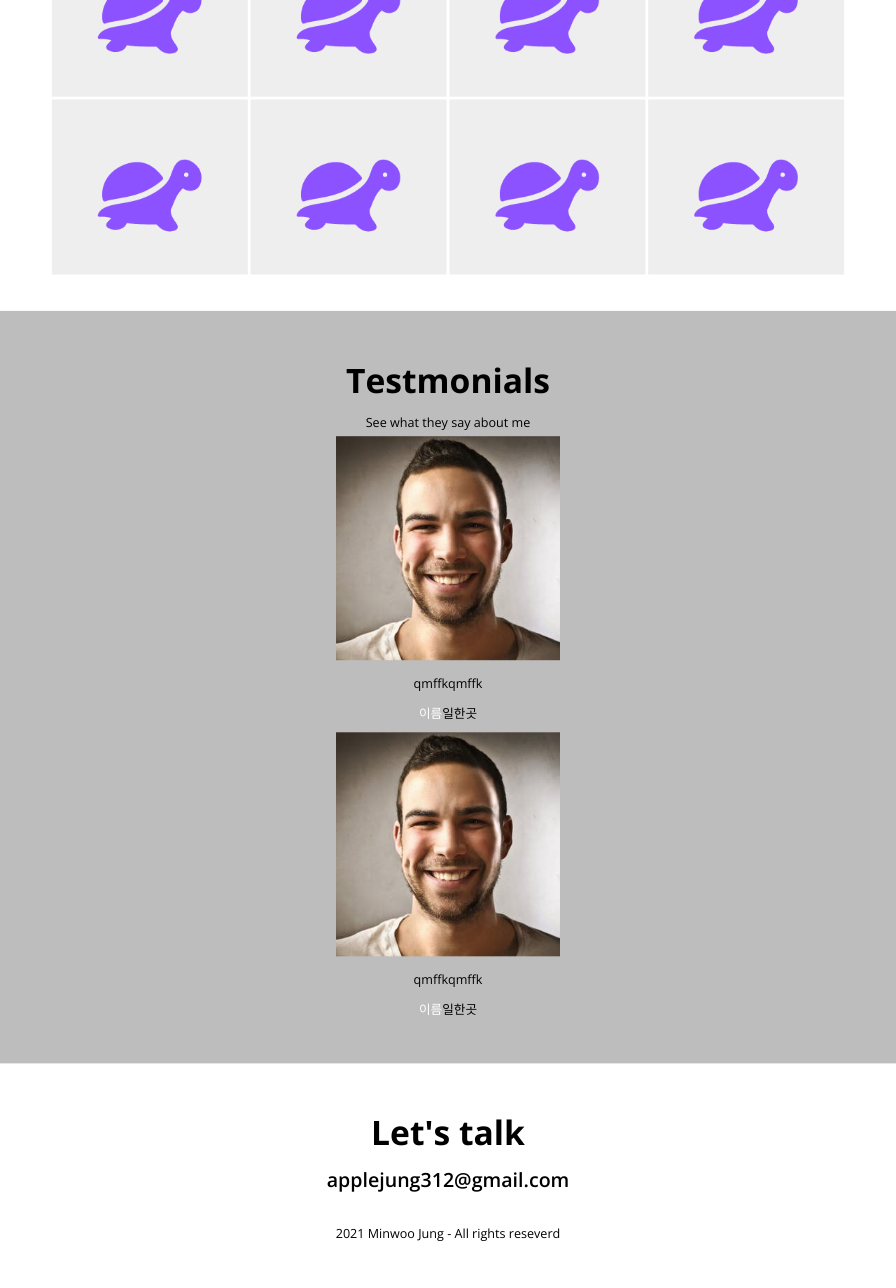
Repository: DevMinwoo-Jung/MinwooPortfolio
Page: index.html
The author's editor kept a copy of each file at every save. The page is drawn from the files as they stood at one save, then again after the next save.
The browser window is 1280 px wide. The pictures show the part of the page from y = 4473 to 6393 px (the page is 6313 px tall before and 6393 px after), at 70% of full size.

Above is the page before, as saved 2021-06-01 10:44:53.

### index.html
<!DOCTYPE html>
<html lang="en">
<head>
  <meta charset="UTF-8">
  <meta http-equiv="X-UA-Compatible" content="IE=edge">
  <meta name="viewport" content="width=device-width, initial-scale=1.0">
  <title>Minwoo's Portfolio</title>
  <meta name="description" content="(will be) world-renowned Front-End Web developer Minwoo">
  <meta name="author" content= "Minwoo Jung">
  <link rel="icon" type ="image/png" href="imgs/favicon.png">
  <link rel="stylesheet" href="https://use.fontawesome.com/releases/v5.15.3/css/all.css" integrity="sha384-SZXxX4whJ79/gErwcOYf+zWLeJdY/qpuqC4cAa9rOGUstPomtqpuNWT9wdPEn2fk" crossorigin="anonymous">
  <link rel="preconnect" href="https://fonts.gstatic.com">
<link href="https://fonts.googleapis.com/css2?family=Open+Sans:wght@400;600;700&display=swap" rel="stylesheet">
<link rel="stylesheet" href="style.css">
<script src="main.js" defer></script>
</head>
<body>
  <h1>Heading</h1>
  <h2>Heading</h2>
  <h3>Heading</h3>
  <p>Paragraph</p>
  <!-- Navbar -->
  <nav id="navbar">
    <div class="navbar__logo">
      <img src="imgs/favicon.png" alt="">
      <a href="#">Minwoo</a>
    </div>
      <ul class="nvabar__menu">
        <li class="navbar__menu__item--active">Home</li>
        <li class="navbar__menu__item">About</li>
        <li class="navbar__menu__item">Skills</li>
        <li class="navbar__menu__item">My work</li>
        <li class="navbar__menu__item">Testimonial</li>
        <li class="navbar__menu__item">Contact</li>
      </ul>
  </nav>
  <!-- Home -->
  <section id="home">
    <img src="imgs/myPhoto.jpg" alt="Minwoo's profile photo" class="home__avatar">
    <h1 class="home__title">반갑습니다. <br> 프론트엔드 개발자 정민우입니다.</h1>
    <h2 class="home__description">멈추지 않는 개발자로 살아가고싶습니다.</h2>
    <button class="home__contact">Contact Me</button>
  </section>
  <!-- About -->
  <section id="about" class="section__container">
    <h1>About me</h1>
    <p>나를 나타내는 문장 문장 장문 문에 있는 고추장</p>
    <div class="about__majors">
      <div class="major">
        <div class="major__icon">
          <i class="fab fa-js-square"></i>
        </div>
        <h2 class="major__title">Front-End</h2>
        <div class="major__description">
          HTML, CSS, JavaScript, TypeScript
        </div>
      </div>
      <div class="major">
        <div class="major__icon">
          <i class="fab fa-node"></i>
        </div>
        <div class="major__title">Back-End</div>
        <div class="major__description">
          HTML, CSS, JavaScript, TypeScript
        </div>
      </div>
      <div class="major">
        <div class="major__icon">
          <i class="fab fa-react"></i>
        </div>
        <div class="major__title">Framework</div>
        <div class="major__description">
          HTML, CSS, JavaScript, TypeScript
        </div>
      </div>
    </div>
    <div class="aoubt__jobs">
      <div class="job">
        <img src="imgs/school.png" alt="" class="job__logo">
      </div>
      <div class="job__description">
        <p class="job__period">쌍용교육센터 - 2019.09 ~ 2020.04</p>
      </div>
      <div class="job">
        <img src="imgs/school.png" alt="" class="job__logo">
      </div>
      <div class="job__description">
        <p class="job__period">호서대학교 - 2012.02 ~ 2017.02</p>
      </div>
    </div>



  </section>
  <!-- Skills -->
  <section id="skills" class="section">
    <div class="section__container">
      <h1>Skills</h1>
      <h2>Skills & Attributes</h2>
      <p>
        나를 잘 포장할 말을 쓰면 된다
      </p>
      <div class="skillset">
        <div class="skillset__left">
          <h3 class="skillset__title">Skills</h3>
          <div class="skill">
            <div class="skill__description">
              <span>HTML</span>
              <span>90%</span>
            </div>
            <div class="skill__bar">
              <div class="skill__value" style="width: 99%;"></div>
            </div>
          </div>
          <div class="skill">
            <div class="skill__description">
              <span>JavaScript</span>
              <span>90%</span>
            </div>
            <div class="skill__bar">
              <div class="skill__value"  style="width: 99%;"></div>
            </div>
          </div>
          <div class="skill">
            <div class="skill__description">
              <span>CSS</span>
              <span>90%</span>
            </div>
            <div class="skill__bar">
              <div class="skill__value"  style="width: 90%;"></div>
            </div>
          </div>
          <div class="skill">
            <div class="skill__description">
              <span>TypeScript</span>
              <span>90%</span>
            </div>
            <div class="skill__bar">
              <div class="skill__value"  style="width: 85%;"></div>
            </div>
          </div>
          <div class="skill">
            <div class="skill__description">
              <span>NodeJs</span>
              <span>90%</span>
            </div>
            <div class="skill__bar">
              <div class="skill__value"  style="width: 80%;"></div>
            </div>
          </div>
        </div>
        <div class="skillset__right">
          <div class="tools">
            <h3 class="skillset__title">Tools</h3>
            <ul class="tools__list">
              <li><span>Visual Studio Code</span></li>
              <li><span>1</span></li>
              <li><span>2</span></li>
              <li><span>3</span></li>
              <li><span>4</span></li>
            </ul>
          </div>
          <div class="etc">
            <h3 class="skillset__title">Etc</h3>
            <ul class="etc__list">
              <li><span>Git</span></li>
              <li><span>Etc</span></li>
            </ul>
          </div>
        </div>
      </div>
    </div>
  </section>
  <!-- Work -->
  <section id="work" class="section">
    <h1>My work</h1>
    <h3>Projects</h3>
    <div class="work__categories">
      <button class="category__btn active">All <span class="category__count">8</span></button>
      <button class="category__btn">Front-End <span class="category__count">3</span></button>
      <button class="category__btn">React <span class="category__count">2</span></button>
      <button class="category__btn">vanilaJs <span class="category__count">2</span></button>
      <button class="category__btn">nodeJs <span class="category__count">1</span></button>
    </div>
    <div class="work__projects">
      <a href="mygithub" class="project" target="blank" data-type="back-end">
      <img class="project__img" src="imgs/favicon.png" alt="project1">
      <!-- 이미지 추후에 넣자 -->
      <div class="project__description">
        <h3>Proejct</h3>
        <span>Clone coding with HTML and CSS</span>
      </div>
      </a>
      <a href="mygithub" class="project" target="blank" data-type="back-end">
        <img class="project__img" src="imgs/favicon.png" alt="project1">
        <!-- 이미지 추후에 넣자 -->
        <div class="project__description">
          <h3>Proejct</h3>
          <span>Clone coding with HTML and CSS</span>
        </div>
        </a>
        <a href="mygithub" class="project" target="blank" data-type="back-end">
          <img class="project__img" src="imgs/favicon.png" alt="project1">
          <!-- 이미지 추후에 넣자 -->
          <div class="project__description">
            <h3>Proejct</h3>
            <span>Clone coding with HTML and CSS</span>
          </div>
        </a>
        <a href="mygithub" class="project" target="blank" data-type="back-end">
          <img class="project__img" src="imgs/favicon.png" alt="project1">
          <!-- 이미지 추후에 넣자 -->
          <div class="project__description">
            <h3>Proejct</h3>
            <span>Clone coding with HTML and CSS</span>
          </div>
        </a>
        <a href="mygithub" class="project" target="blank" data-type="back-end">
          <img class="project__img" src="imgs/favicon.png" alt="project1">
          <!-- 이미지 추후에 넣자 -->
          <div class="project__description">
            <h3>Proejct</h3>
            <span>Clone coding with HTML and CSS</span>
          </div>
        </a>
        <a href="mygithub" class="project" target="blank" data-type="back-end">
          <img class="project__img" src="imgs/favicon.png" alt="project1">
          <!-- 이미지 추후에 넣자 -->
          <div class="project__description">
            <h3>Proejct</h3>
            <span>Clone coding with HTML and CSS</span>
          </div>
        </a>
        <a href="mygithub" class="project" target="blank" data-type="back-end">
          <img class="project__img" src="imgs/favicon.png" alt="project1">
          <!-- 이미지 추후에 넣자 -->
          <div class="project__description">
            <h3>Proejct</h3>
            <span>Clone coding with HTML and CSS</span>
          </div>
        </a>
        <a href="mygithub" class="project" target="blank" data-type="back-end">
          <img class="project__img" src="imgs/favicon.png" alt="project1">
          <!-- 이미지 추후에 넣자 -->
          <div class="project__description">
            <h3>Proejct</h3>
            <span>Clone coding with HTML and CSS</span>
          </div>
        </a>
    </div>
  </section>
  <!-- Testimonials -->
  <section id="testimonials" class="section">
    <h1>Testmonials</h1>
    <h3>See what they say about me</h3>
    <div class="testmonials">
      <div class="testimonial">
        <img src="imgs/testimonail/people.jpg" alt="" class="testimonial__avatar">
        <div class="testimonail__speech-bubble">
          <p>qmffkqmffk</p>
          <p class="name"><a href="">이름</a>일한곳</p>
        </div>
      </div>
      <div class="testimonial">
        <img src="imgs/testimonail/people.jpg" alt="" class="testimonial__avatar">
        <div class="testimonail__speech-bubble">
          <p>qmffkqmffk</p>
          <p class="name"><a href="">이름</a>일한곳</p>
        </div>
      </div>
    </div>
  </section>
  <!-- Contact -->
  <section id="contact" class="section">
    <h1 class="contact__title">Let's talk</h1>
    <h2 class="contact__email">applejung312@gmail.com</h2>
    <div class="contact__links">
      <a href="https://github.com/DevMinwoo-Jung" target="_blank">
        <i class="fab fa-github"></i>
      </a>
      <a href="https://dev-minwoo.tistory.com/" target="_blank">
        <i class="fas fa-blog"></i>
      </a>
    </div>
    <p class="contact__right">
      2021 Minwoo Jung - All rights reseverd
    </p>
  </section>
</body>
</html>

### style.css
/* Global */
:root {
  /* Color */
  --color-white: #ffffff;
  --color-light-white: #eeeeee;
  --color-dark-white: #bdbdbd;
  --color-pink: #fe918d;
  --color-dark-pink: #ff6863;
  --color-dark-grey: #4d4d4d;
  --color-grey: #616161;
  --color-light-grey: #7c7979;
  --color-blue: #73aace;
  --color-yellow: #fff7d1;
  --color-orange: #feb546;
  --color-black: #000000;
  --color-dard-purple: rgb(78, 23, 69);

  /* Font size */
  --font-large: 48px;
  --font-medium: 28px;
  --font-regular: 18px;
  --font-small: 16px;
  --font-micro: 14px;

  /* Font weight */
  --weight-bold: 700;
  --weight-semi-bold: 600;
  --weight-regular: 400;

  /* Size */
  --size-border-radius: 4px;

  /* Animation Duration */
  --animation-duration: 300ms;
}

/* Universal tags */
* {
  box-sizing: border-box;
}

/* Typography */
h1 {
  font-size: var(--font-large);
  font-weight: var(--weight-bold);
  color: var(--color-black);
  margin: 16px 0px;
}

h2 {
  font-size: var(--font-medium);
  font-weight: var(--weight-semi-bold);
  color: var(--color-black);
  margin: 8px 0;
}

h3 {
  font-size: var(--font-regular);
  font-weight: var(--weight-regular);
  color: var(--color-black);
  margin: 8px 0;
}

p {
  font-size: var(--font-regular);
  font-weight: var(--weight-regular);
  color: var(--color-black);
  margin: 16px 0;
}

body {
  margin: 0;
  font-family: "Open Sans", sans-serif;
  cursor: default;
}

a {
  text-decoration: none;
  color: var(--color-white);
}

ul {
  list-style: none;
  padding-left: 0;
}

li {
  list-style: none;
}

button {
  background-color: transparent;
  cursor: pointer;
  border: none;
  outline: none;
}

/* Navbar */
#navbar {
  display: flex;
  justify-content: space-between;
  background-color: purple;
  align-items: center;
  color: var(--color-white);
  padding: 16px;
}

.navbar__menu {
  display: flex;
}

.navbar__menu__item {
  padding: 8px 12px;
  margin: 0 4px;
  cursor: pointer;
  border-radius: var(--size-border-radius);
}

.navbar__logo {
  font-size: var(--font-medium);
  font-weight: var(--weight-semi-bold);
}

.navbar__menu__item--active {
  border: 1px solid var(--color-white);
}

.navbar__menu__item:hover {
  background-color: var(--color-dard-purple);
}

/* Home */
#home {
  background: url("imgs/background\ Img.png") center/cover no-repeat;
  padding: 40px;
  text-align: center;
}

.home__avatar {
  width: 250px;
  height: 250px;
  border-radius: 50%;
  border: 2px solid var(--color-white);
}

.home__title,
.home__description {
  color: var(--color-white);
}

.home__contact {
  color: var(--color-white);
  font-size: var(--font-regular);
  font-weight: var(--weight-bold);
  margin: 24px;
  padding: 8px 12px;
  border: 2px solid (var(--color-white));
  border-radius: var(--size-border-radius);
}

/* Section common */
.section {
  margin: auto;
  padding: 50px;
  text-align: center;
}

.section__container {
  max-width: 1200px;
  margin: auto;
}

/* About */
.aoubt__majors {
  display: flex;
  justify-content: space-between;
  margin: 80px 0;
}

.major__icon {
  width: 170px;
  height: 170px;
  font-size: 70px;
  line-height: 170px;
  margin: auto;
  border: 1px solid var(--color-white);
  border-radius: 50%;
  margin-bottom: 16px;
  color: var(--color-blue);
}

.major__icon:hover i {
  color: var(--color-pink);
  transform: rotate(-30deg) scale(1.1);
}

.major__icon i {
  transition: all var(--animation-duration) ease;
}

/*
.major__icon i:hover{
  이렇게하면 i에 올려났을때만 변하지만
  위처럼하면 icon에 올렸을때 i만 변한다
  color: var(--color-pink);
  transform: rotate(-30deg) scale(1.1);
} */

.major__title,
.major__description {
  color: var(--color-dark-grey);
}

.major__description {
  font-size: var(--font-small);
}

.job {
  display: flex;
  align-items: center;
}

.job__description {
  margin: 0 16px;
  text-align: left;
}

.job__name,
.job__period {
  color: var(--color-light-grey);
}

.job__name {
  font-size: var(--font-small);
}

.job__period {
  font-size: var(--font-micro);
}

/* Skill */
#skills {
  background-color: var(--color-yellow);
}

.skillset {
  display: flex;
  background-color: var(--color-light-grey);
  color: var(--color-light-white);
  margin: 20px 0;
}

.skillset__title {
  color: var(--color-white);
}

.skillset__left {
  flex-basis: 60%;
  background-color: var(--color-dark-grey);
  color: var(--color-white);
  padding: 20px 40px;
}

.skill__description {
  display: flex;
  justify-content: space-between;
}

.skillset__right {
  flex-basis: 40%;
}

.tools {
  background-color: var(--color-grey);
}

.skill__bar {
  width: 100%;
  height: 3px;
  background-color: var(--color-grey);
}

.skill {
  margin-bottom: 32px;
}

.skill__value {
  height: 3px;
  background-color: var(--color-orange);
}

.tolls,
.etc {
  padding: 20px;
}

/* Work */
.work__categories {
  margin: 40px;
}

.category__btn {
  border: 1px solid var(--color-dark-grey);
  border-radius: var(--size-border-radius);
  font-size: var(--font-regular);
  padding: 8px 48px;
}

.category__btn.active,
.category__btn:hover {
  background-color: var(--color-pink);
  color: var(--color-white);
}

.category__btn.active,
.category__count,
.category__btn:hover .category__count {
  opacity: 1;
  top: 0;
}
.category__count {
  background-color: var(--color-orange);
  border-radius: 50%;
  color: var(--color-white);
  width: 24px;
  height: 24px;
  display: inline-block;
  line-height: 24px;
  position: relative;
  top: -20px;
  left: 4px;
  opacity: 0;
  transition: all var(--animation-duration);
}

.work__projects {
  display: flex;
  flex-wrap: wrap;
  justify-content: center;
}

.project {
  width: 280px;
  display: flex;
  justify-content: center;
  align-items: center;
  height: 250px;
  margin: 2px;
  background-color: var(--color-light-white);
  position: relative;
}

.project__img {
  max-width: 100%;
  max-height: 100%;
}

.project__description {
  position: absolute;
  top: 0;
  left: 0;
  width: 100%;
  height: 100%;
  display: flex;
  flex-direction: column;
  justify-content: center;
  opacity: 0;
  transition: all var(--animation-duration) ease-in;
}

.project:hover .project__description {
  opacity: 0.8;
  transform: translateY(0px);
}

.project__description h3 {
  color: var(--color-white);
}

.project__description h3:after {
  content: "";
  width: 25px;
  height: 25px;
  display: block;
  position: relative;
  left: 50%;
  margin-left: -12px;
  background-color: var(--color-dark-white);
}

/* Testimonial */
#testimonials {
  background-color: var(--color-dark-white);
}

.testimonials {
  margin: 40px;
}

Loaded but not shown: main.js (no copy from this time; the picture is the same without it)

After the next save:
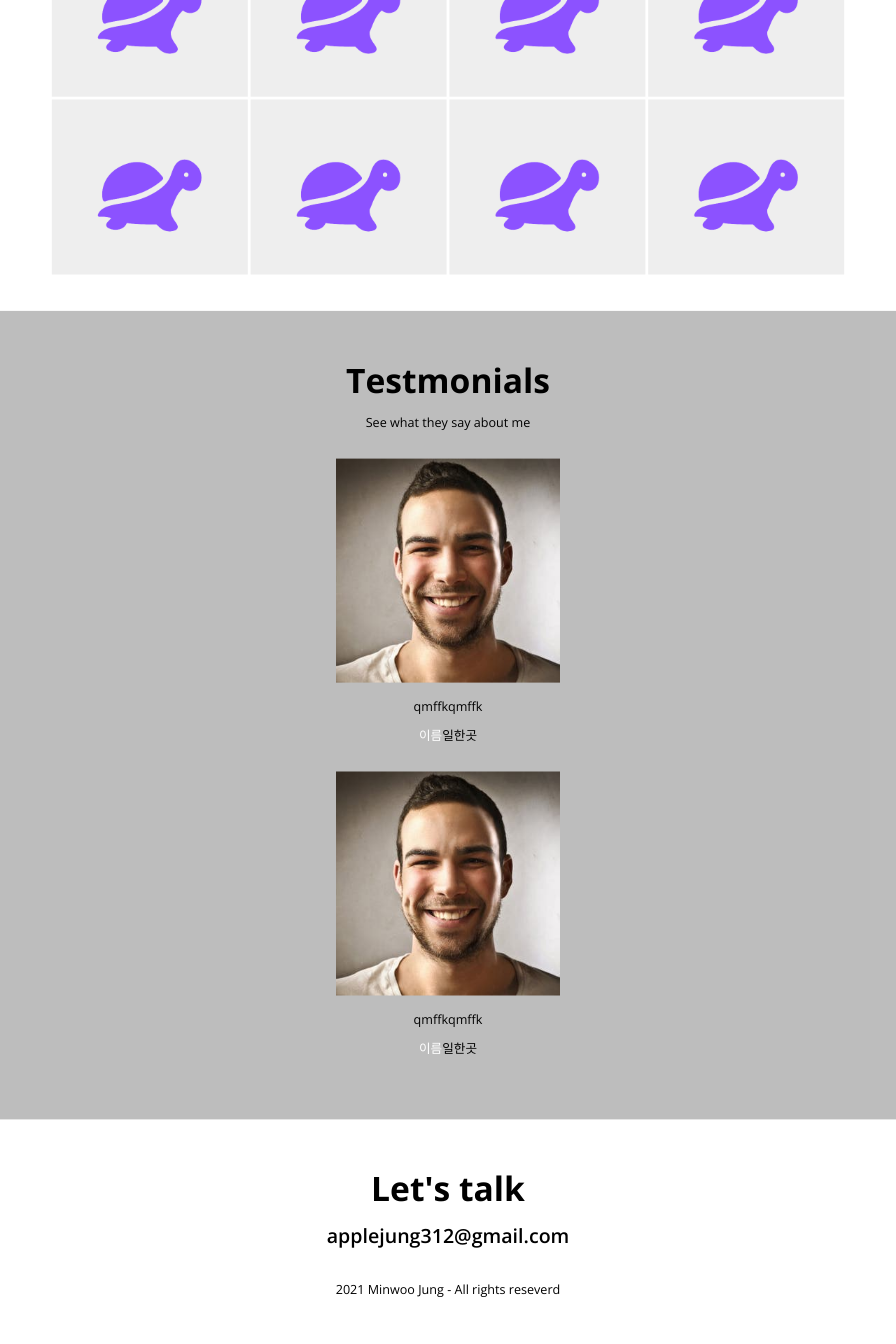
Saved 50 s later.
--- a/style.css
+++ b/style.css
@@ -393,6 +393,6 @@
   background-color: var(--color-dark-white);
 }
 
-.testimonials {
+.testimonial {
   margin: 40px;
 }

After the save that followed:
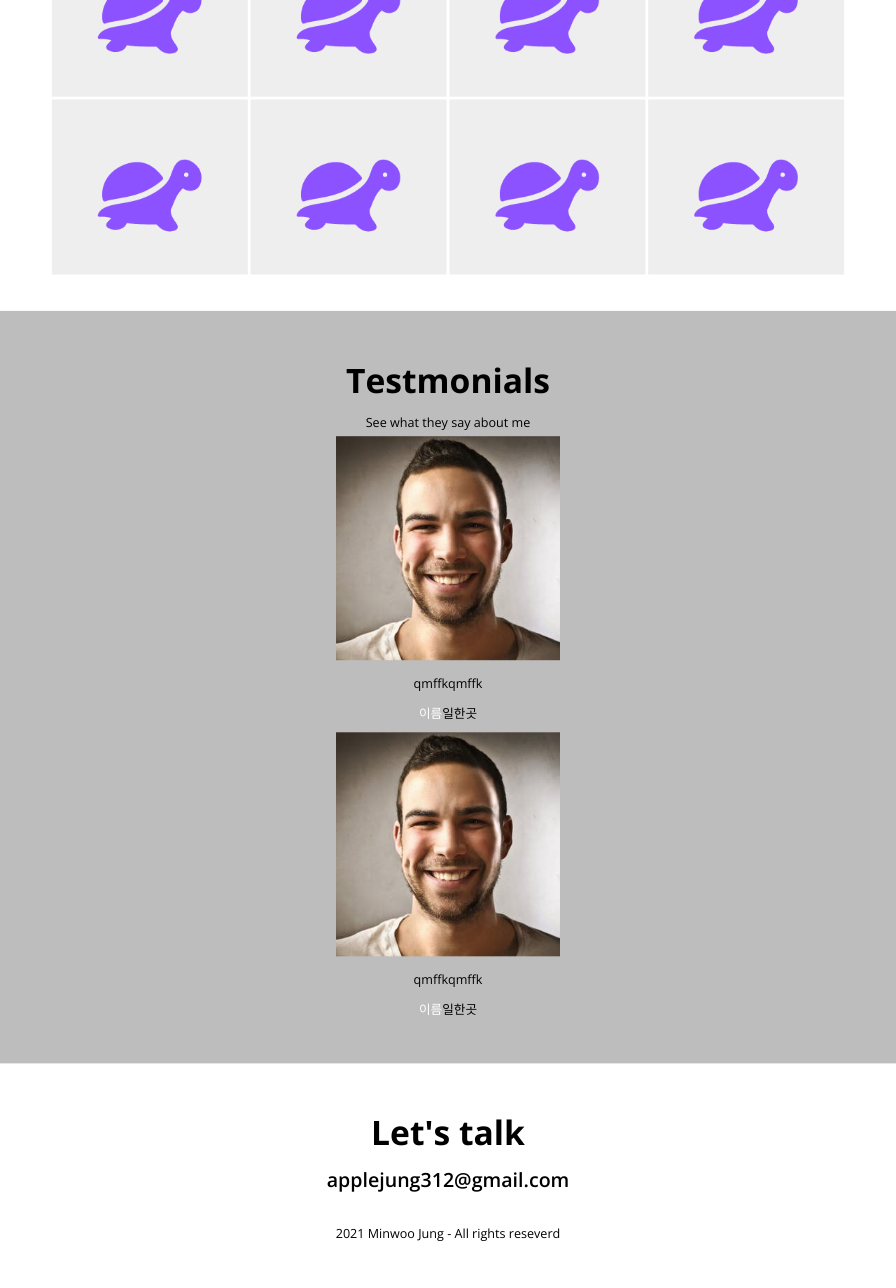
Saved 10 s later.
--- a/style.css
+++ b/style.css
@@ -393,6 +393,6 @@
   background-color: var(--color-dark-white);
 }
 
-.testimonial {
+.testimonials {
   margin: 40px;
 }
